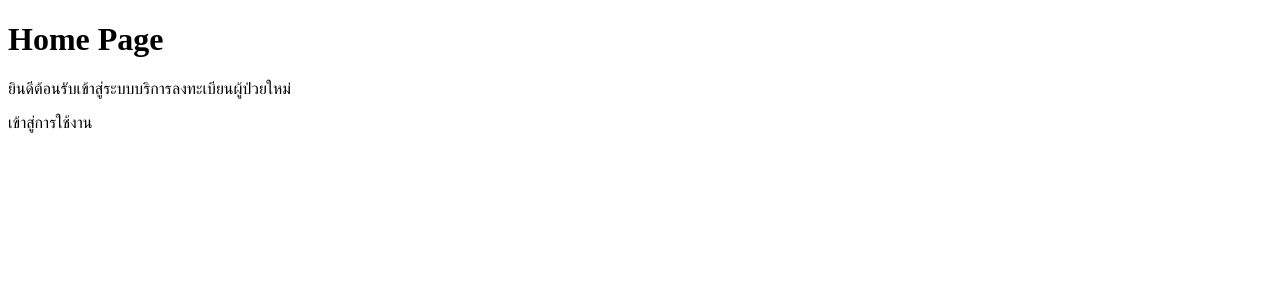
Repository: iamsamitdev/java_class_rd
Page: http://localhost/HelloJSP/
The author's editor kept a copy of each file at every save. The page is drawn from the files as they stood at one save, then again after the next save.
The browser window is 1280 px wide. The pictures show the whole page.
The page is served by Tomcat 9.

Above is the page before, as saved 2020-03-11 08:08:14.

### JSP/HelloJSP/WebContent/index.jsp
<%@ page language="java" contentType="text/html; charset=UTF-8"
    pageEncoding="UTF-8"%>
<!DOCTYPE html>
<html>
<head>
<meta charset="UTF-8">
<title>Home</title>
</head>
<body>
	<h1>Home Page</h1>
	<p>ยินดีต้อนรับเข้าสู่ระบบบริการลงทะเบียนผู้ป่วยใหม่</p>
	<p>เข้าสู่การใช้งาน</p>
</body>
</html>

After the next save:
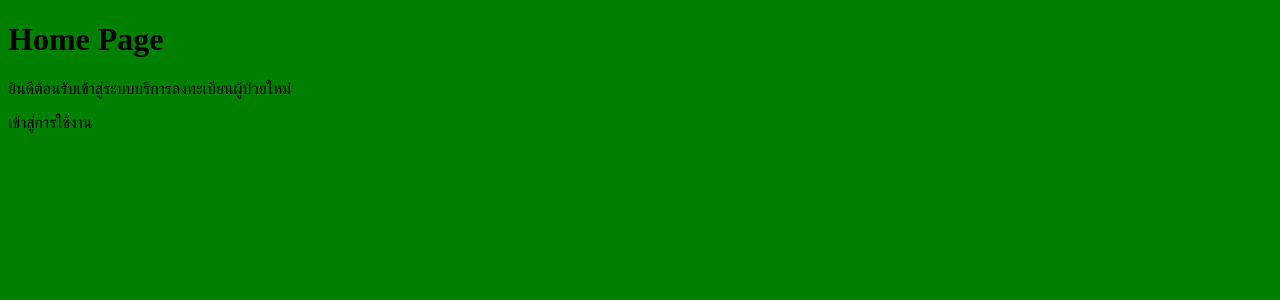
Saved 5 min 36 s later.
--- a/JSP/HelloJSP/WebContent/index.jsp
+++ b/JSP/HelloJSP/WebContent/index.jsp
@@ -5,6 +5,12 @@
 <head>
 <meta charset="UTF-8">
 <title>Home</title>
+<style type="text/css">
+	body
+	{
+		background-color: green
+	}
+</style>
 </head>
 <body>
 	<h1>Home Page</h1>
